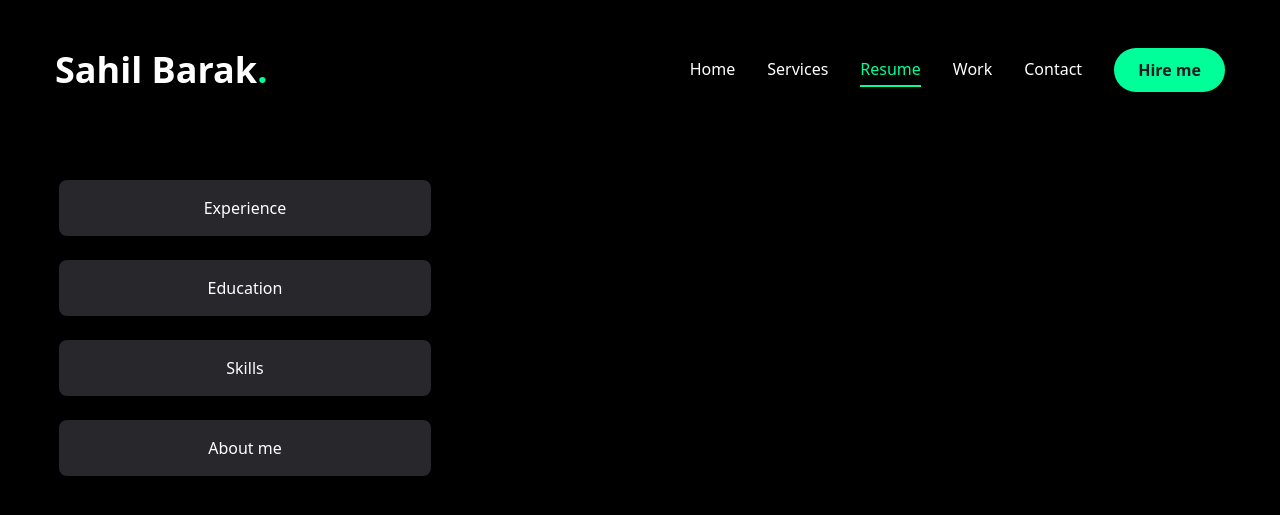
Repository: Moxsahil/My_portfolio
Page: /resume (app in sahil-portfolio/)
An editor plug-in stored every save of this project. The page is shown before and after the next save, followed by the edit.
The browser window is 1280 px wide. The pictures show the whole page.
The project was rebuilt for these pictures with package versions that can differ from the ones it lists, and the page was loaded fresh each time. The framework's server and built-in components were replaced by stand-ins that run in the browser. Also part of the build but not shown: sahil-portfolio/next.config.mjs, sahil-portfolio/components/ui/tooltip.jsx, sahil-portfolio/components/ui/scroll-area.jsx.

Above is the page before, as saved 2024-10-05 21:43:55.

After the next save:
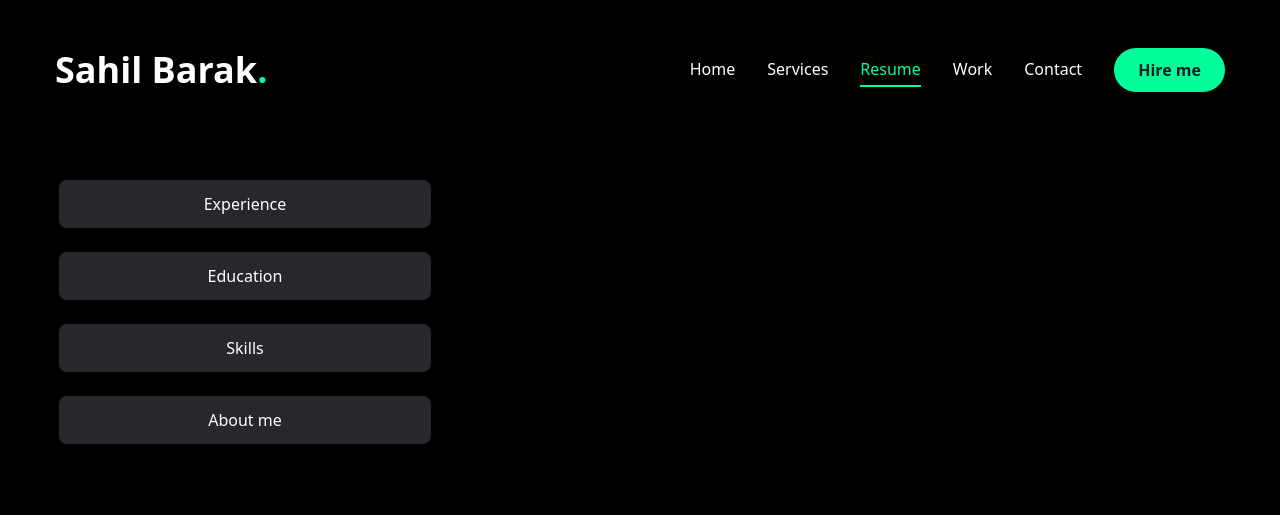
Saved 31 s later.
--- a/sahil-portfolio/components/ui/tabs.jsx
+++ b/sahil-portfolio/components/ui/tabs.jsx
@@ -20,7 +20,7 @@
   <TabsPrimitive.Trigger
     ref={ref}
     className={cn(
-      "inline-flex items-center w-full bg-[#27272c] justify-center whitespace-nowrap text-white rounded-lg p-3 text-balance font-medium ring-offset-white transition-all disabled:pointer-events-none disabled:opacity-50 data-[state=active]:bg-accent data-[state=active]:text-primary data-[state=active]:font-bold data-[state=active]:shadow-sm",
+      "inline-flex items-center w-full bg-[#27272c] justify-center whitespace-nowrap text-white rounded-lg p-3 text-base font-medium ring-offset-white transition-all disabled:pointer-events-none disabled:opacity-50 data-[state=active]:bg-accent data-[state=active]:text-primary data-[state=active]:font-bold data-[state=active]:shadow-sm",
       className
     )}
     {...props} />
